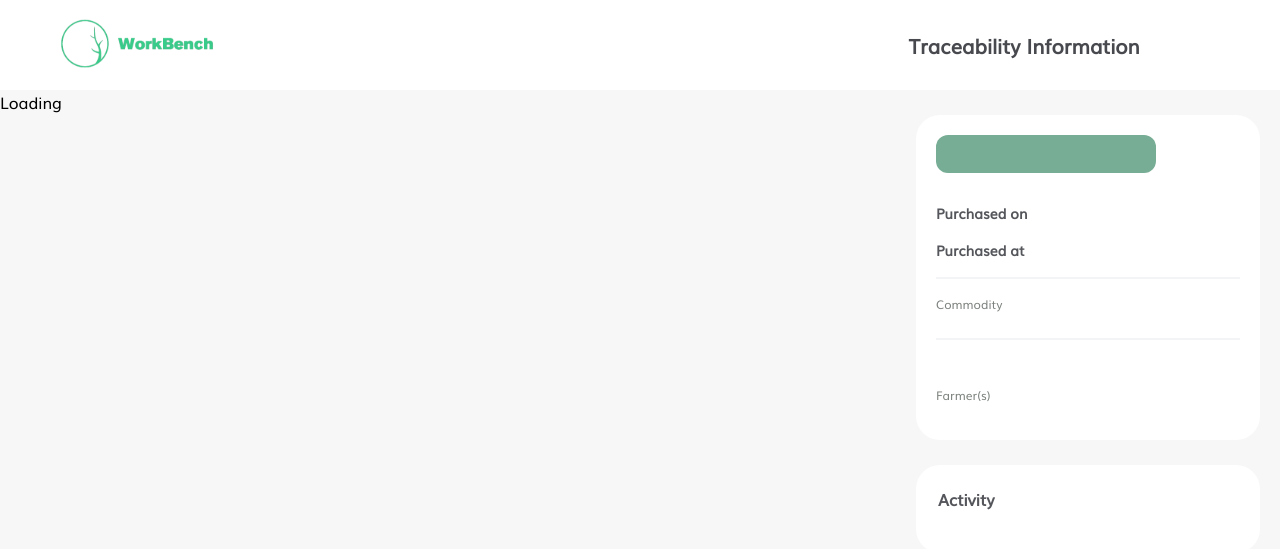
Repository: Hamezry/Traceability-Page
Page: /
These files come from the project's save history. The page is drawn as it stood at one moment and after the next save; the edit follows.
The browser window is 1280 px wide. The pictures show the whole page.
The page's requests for data from a server got no answer. The project was rebuilt for these pictures with package versions that can differ from the ones it lists, and the page was loaded fresh each time. No one was signed in, and anything a server would have sent is missing.

Above is the page before, as saved 2022-09-18 09:33:22.

### public/index.html
<!DOCTYPE html>
<html lang="en">
  <head>
    <meta charset="utf-8" />
    <meta name="viewport" content="width=device-width, initial-scale=1" />
    <meta name="theme-color" content="#000000" />
    <meta
      name="description"
      content="Web site created using create-react-app"
    />
    <link rel="preconnect" href="https://fonts.googleapis.com">
    <link rel="preconnect" href="https://fonts.gstatic.com" crossorigin>
    <!-- <link href="https://fonts.googleapis.com/css2?family=Mulish:wght@300;400;600&display=swap" rel="stylesheet"> -->
    <title>Traceability page</title>
  </head>
  <body>
    <noscript>You need to enable JavaScript to run this app.</noscript>
    <div id="root"></div>

  </body>
</html>

### src/index.css
@tailwind base;
@tailwind components;
@tailwind utilities;

@font-face {
    font-family: 'Muli';
    src: local('Muli'), url("./fonts/Muli-Regular.ttf") format("truetype");
}


@font-face {
    font-family: 'Muli';
    src: url('./fonts/Muli-Regular.ttf') format("truetype");
}

body {
    font-family: 'Muli' !important;
}

### src/App.js
import './index.css';
import Navbar from './components/Navbar';
import Information from './components/Information';
import Sidemap from './components/Sidemap';
import { BrowserRouter, Route, Routes } from 'react-router-dom';

function App() {
  return (
    <BrowserRouter>

      <Routes>

          <Route path='/' element={
            <div>
              <Navbar />
              <div className="lg:flex lg:justify-between w-full  lg:h-[calc(100vh-90px)] lg:overflow-y-hidden bg-[#f8f7f7]">
                <Sidemap />
                <Information />
              </div>

            </div>

          } />

      </Routes>
    </BrowserRouter>
  );
}

export default App;

### src/components/Navbar.js
import React from 'react'
import logo from '../Assets/logo.svg'

const Navbar = () => {
  return (
    <div className='w-full flex  h-[90px] bg-white sticky font-muli  z-30  top-0 lg:items-center'>
      <div className='w-[71%]'>
        <img src={logo} alt='nav-icon' className='h-[80px] w-[188px] lg:ml-[50px]' />
      </div>

      <div>
        <p className='hidden lg:block  text-[#47494E] font-semibold  text-[20px]'>Traceability Information</p>

      </div>



    </div>
  )
}

export default Navbar

### src/components/Information.js
import React, { useEffect, useState } from 'react'
import image1 from '../Assets/image-2.png'
import purchased from '../Assets/purchase.svg'
import axios from 'axios'
import { useLocation } from 'react-router-dom'



function Information() {

    const [list, setList] = useState([])
    const search = useLocation().search;
    const qr_code = new URLSearchParams(search).get('qr_code')

    useEffect(() => {
        axios.get(`https://wb3test.afexnigeria.com/WB3/api/v1/traceability/info/${qr_code}`)
            .then(res => {
                setList(res.data.data)
                console.log(res.data)
            }).catch(err => {
                console.log(err)
            })
    }, [qr_code])


    return (
        <div className='lg:h-full  lg:w-[30%] font-muli lg:overflow-y-auto'>

            <div id="TQC" className=" z-10  top-0 flex lg:flex  flex-col px-[20px]">

                <div className="flex-1 flex bg-white lg:w-[100%] lg:mx-auto lg:mt-[25px] flex-col h-[556px] p-[20px] rounded-3xl">

                    {/*TQC */}
                    <div className='mb-4 border-b-2 border-b-gray-100 '>
                        <div className='bg-[#76AD94] text-white text-center py-2 font-semibold text-[16px] max-w-[220px] h-[38px] mb-[30px] rounded-xl'> <p>{list.qr_code}</p></div>
                        <p className='text-[#54565B] text-[14px] mb-4 font-semibold'>Purchased on <span className='font-normal'>{list.purchased_on}</span></p>
                        <p className=' text-[#54565B] text-[14px] mb-4 font-semibold'>Purchased at <span className='font-normal'>{list.purchased_at}</span></p>

                    </div>

                    <div className='mb-4 border-b-2  border-b-gray-100 '>
                        <p className='text-[#7C827D] text-[12px] mb-[25px] '>Commodity</p>
                        <p className='text-[#47494E] text-[14px] mb-4 font-medium '>{list.commodity}</p>

                    </div>

                    <div className='mt-[30px] mb-4'>

                        <p className='text-[#7C827D] text-[12px]'>Farmer(s)</p>

                        {
                            list?.farmers?.map((item, index) => {
                                return (
                                    <div key={index} className='w-[232px] h-[71px] shadow p-3 flex items-center mt-[20px] rounded-xl'>
                                        <img src={image1} alt='profilepic' />
                                        <p className='text-[#47494E] text-[16px] ml-5  font-medium '>{item.first_name} {item.last_name}<br /> <span className='text-[#707673] text-[12px]'>{item.age} years &nbsp; | &nbsp;  {item.gender}</span></p>
                                    </div>
                                )
                            })
                        }



                    </div>


                </div>



            </div>




            <div id="Activity" className=" top-0 flex lg:flex flex-shrink-0 flex-col px-[20px]">

                <div className="flex-1 flex bg-white lg:w-[100%] lg:mx-auto mt-[25px] mb-5 flex-col  h-[900px] p-[22px] rounded-3xl ">

                    <p className='text-[#54565B] mb-5 font-semibold text-[16px]'>Activity</p>

                    {list?.activities?.map((item, index) =>

                        <div key={index} className='flex justify-between stroke-amber-50 text-[#7C827D] 2xl:px-5 lg:px-0 text-[11px]'>

                            <div className='flex gap-2 xl:gap-2 md:gap-8'>

                                <div className='flex flex-col items-center'>
                                    <img src={purchased} alt='recp' />
                                    <div className='border border-dotted border-[#7C827D] min-h-[100px] max-h-[120px] w-[1px]'></div>

                                </div>
                                <div className='flex flex-col lg:w-[160px] md:w-[270px] w-[130px]' >
                                    <p className='font-semibold mt-2 lg:text-[13px]'>{item.action} </p>
                                    <span className='text-[#7C827D] text-[9px] mt-2 lg:text-[11px]'>{item.description}</span>
                                </div>



                            </div>
                            <p className='text-[#76AD94] text-[9px] mt-2 xl:text-[10px]'> <span>{item.created}</span> </p>

                        </div>
                    )}






                </div>





            </div>


        </div>);
}

export default Information

### src/components/Sidemap.js
import React from 'react'
import {useJsApiLoader, GoogleMap, Marker} from '@react-google-maps/api';

const center = {lat:48.8584, lng:2.294}

function Sidemap() {

  const { isLoaded } = useJsApiLoader({
    googleMapsApiKey:process.env.REACT_APP_GOOGLE_MAPS_API_KEY,
  });

  if (!isLoaded){
    return <h1>Loading</h1>
  }
  return (

    <div class= "h-[600px] w-full lg:h-[calc(100vh-90px)] lg:w-[70%]">

      <div className='hidden lg:block p-4 lg:p-0 lg:w-full h-[100%]'>
          <GoogleMap
          mapContainerStyle={{width:'100%', height:'100%'}}
          center={center} zoom={15}
          options={{
            zoomControl:false,
            streetViewControl:false,
            mapTypeControl:false,
            fullscreenControl:false,
          }}
          >
            <Marker position={center}/>

          </GoogleMap>
      </div>

      <div className='lg:hidden p-4 lg:p-0 lg:w-full h-[100%]'>
          <GoogleMap
          mapContainerStyle={{width:'100%', height:'100%', borderRadius:'50px'}}
          center={center} zoom={15}
          options={{
            zoomControl:false,
            streetViewControl:false,
            mapTypeControl:false,
            fullscreenControl:false,
          }}
          >
            <Marker position={center}/>

          </GoogleMap>
      </div>


    </div>

  )
}

export default Sidemap

### tailwind.config.js

/** @type {import('tailwindcss').Config} */
module.exports = {
  content: [
    "./src/**/*.{js,jsx,ts,tsx}",
  ],
  theme: {
    extend: {
      fontFamily:{
        'Muli':['Muli', 'san-serif']
      }
    },
  },
  plugins: [],
}

Loaded but not shown: src/index.js (common file)

After the next save:
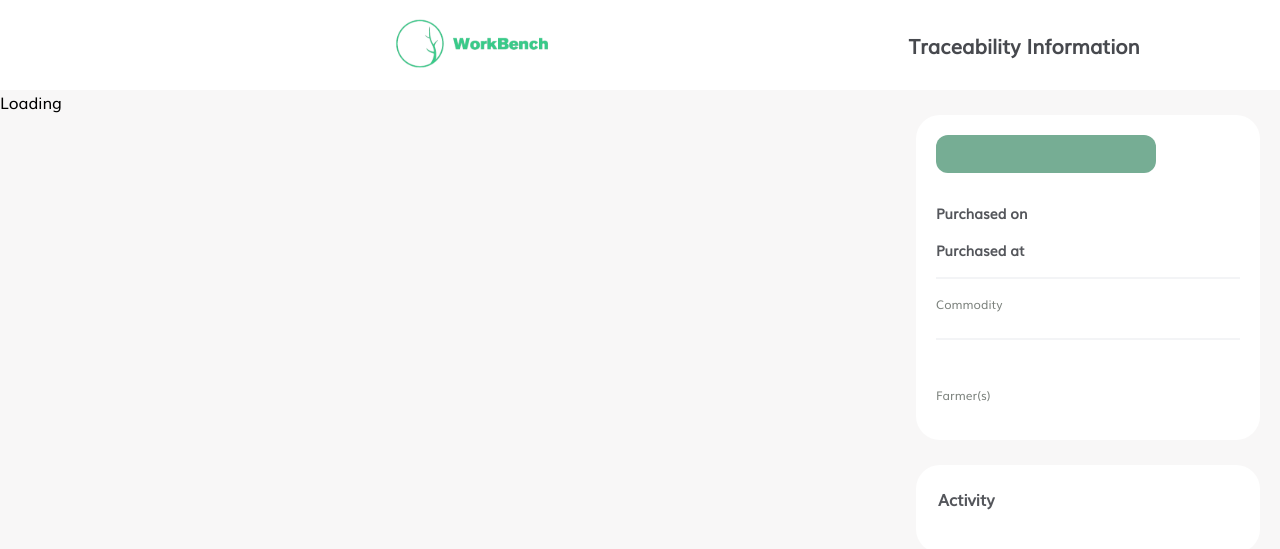
Saved 2 min 15 s later.
--- a/src/components/Navbar.js
+++ b/src/components/Navbar.js
@@ -3,8 +3,8 @@
 
 const Navbar = () => {
   return (
-    <div className='w-full flex  h-[90px] bg-white sticky font-muli  z-30  top-0 lg:items-center'>
-      <div className='w-[71%]'>
+    <div className='w-full flex  h-[90px] bg-white sticky font-muli  z-30  top-0 items-center'>
+      <div className='w-[71%] flex justify-center'>
         <img src={logo} alt='nav-icon' className='h-[80px] w-[188px] lg:ml-[50px]' />
       </div>
 

After the 3 saves that followed:
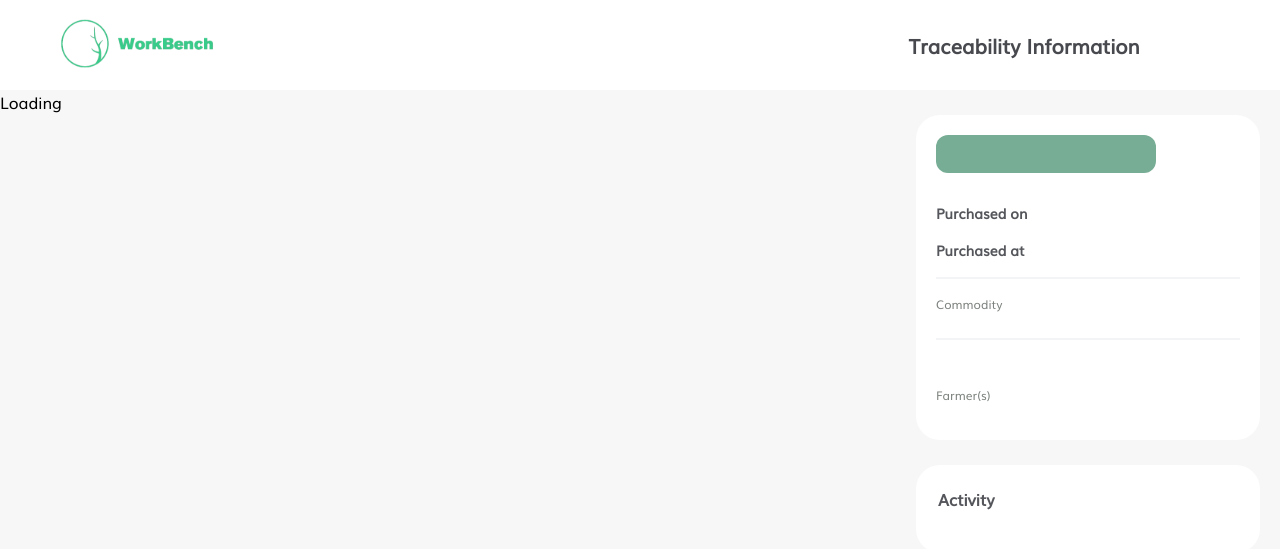
The 3 saves are shown as one change because 2 left the picture as it was.
The last was saved 2 min 37 s later.
--- a/src/components/Navbar.js
+++ b/src/components/Navbar.js
@@ -4,7 +4,7 @@
 const Navbar = () => {
   return (
     <div className='w-full flex  h-[90px] bg-white sticky font-muli  z-30  top-0 items-center'>
-      <div className='w-[71%] flex justify-center'>
+      <div className='w-full lg:w-[71%] flex justify-center lg:justify-start'>
         <img src={logo} alt='nav-icon' className='h-[80px] w-[188px] lg:ml-[50px]' />
       </div>
 
